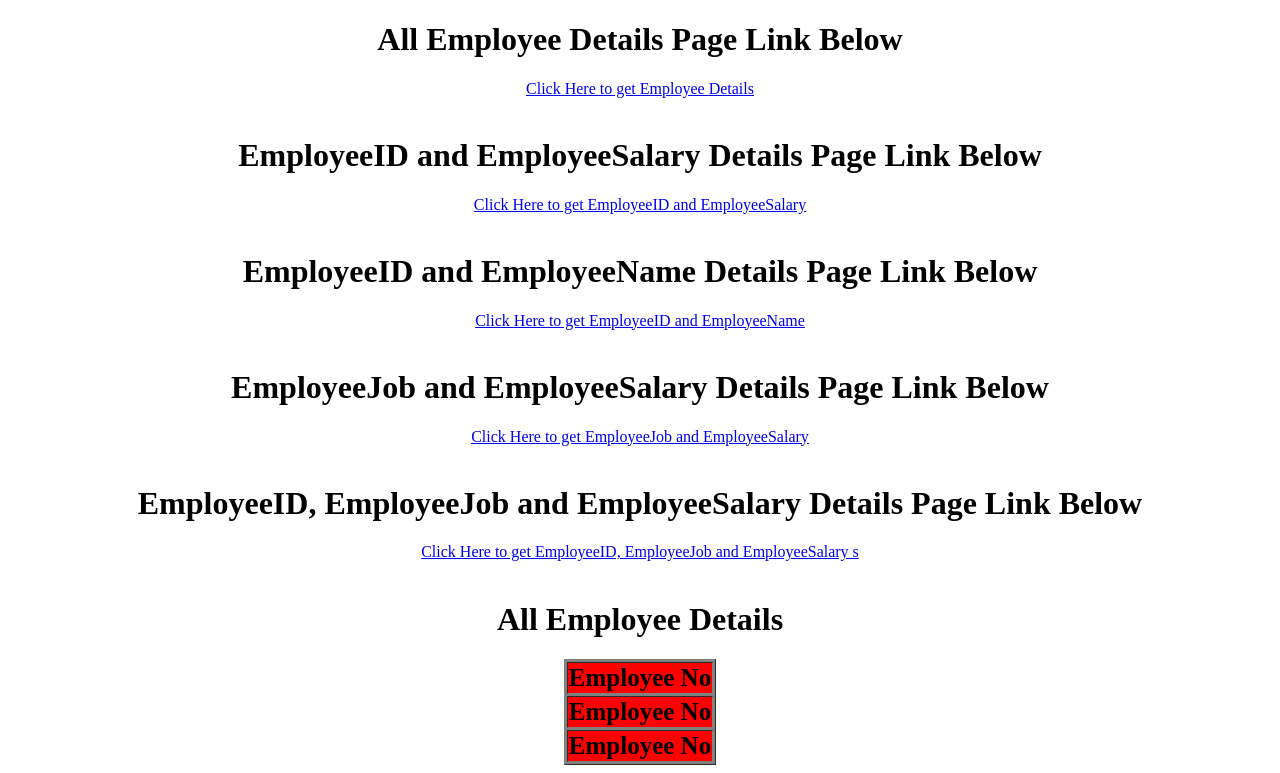
Repository: RhutujaBD/SpringMVCSession
Page: http://localhost/Spring-MVC-JDBCTemplate/WEB-INF/pages/home.jsp
The author's editor kept a copy of each file at every save. The page is drawn from the files as they stood at one save, then again after the next save.
The browser window is 1280 px wide. The pictures show the whole page.
The page is served by Tomcat 9. Nobody is signed in. Other server files are loaded and not shown. The template is opened directly, without the code that normally fills it, so the values that code supplies are empty.

Above is the page before, as saved 2023-03-29 10:54:44.

### Spring-MVC-JDBCTemplate/src/main/webapp/WEB-INF/pages/home.jsp
<%@ page language="java" contentType="text/html; charset=ISO-8859-1"
	pageEncoding="ISO-8859-1"%>
<!DOCTYPE html>
<html>
<head>
<meta charset="ISO-8859-1">
<title>Insert title here</title>
</head>
<title>Employee Details</title>
<style>
      td{
        font-size: 20px;
        color: YELLOW;
        font-family: Times New Roman;
      }

      th{
        font-size: 25px;
        color: Black;
        font-family: ALGERIAN;
      }

    </style>
</head>
<body>
	<h1 align="center">All Employee Details Page Link Below</h1>
	<div align="center"><a href="list_employees.htm">Click Here to get Employee Details</a></div>
	<br />
	<h1 align="center">EmployeeID and EmployeeSalary Details Page Link Below</h1>
	<div align="center"><a href="list_id_sal.htm">Click Here to get EmployeeID and EmployeeSalary</a></div>
	<br />
	<h1 align="center">EmployeeID and  EmployeeName Details Page Link Below</h1>
	<div align="center"><a href="list_id_name.htm">Click Here to get EmployeeID and  EmployeeName</a></div>
	<br />
	<h1 align="center">EmployeeJob and EmployeeSalary Details Page Link Below</h1>
	<div align="center"><a href="list_job_sal.htm">Click Here to get EmployeeJob and EmployeeSalary</a></div>
	<br />
	<h1 align="center">EmployeeID, EmployeeJob and EmployeeSalary Details Page Link Below</h1>
	<div align="center"><a href="list_id_job_sal.htm">Click Here to get EmployeeID, EmployeeJob and EmployeeSalary s</a></div>
	<br />

	<h1 align="center">All Employee Details</h1>
	<table border="1" bgcolor="grey" align="center">

		<tr bgcolor="red" bordercolor="black">

			<th>Employee No</th>

		</tr>

		<tr bgcolor="red" bordercolor="black">

			<th>Employee No</th>

		</tr>

		<tr bgcolor="red" bordercolor="black">

			<th>Employee No</th>

		</tr>

	</table>

</body>
</html>

After the next save:
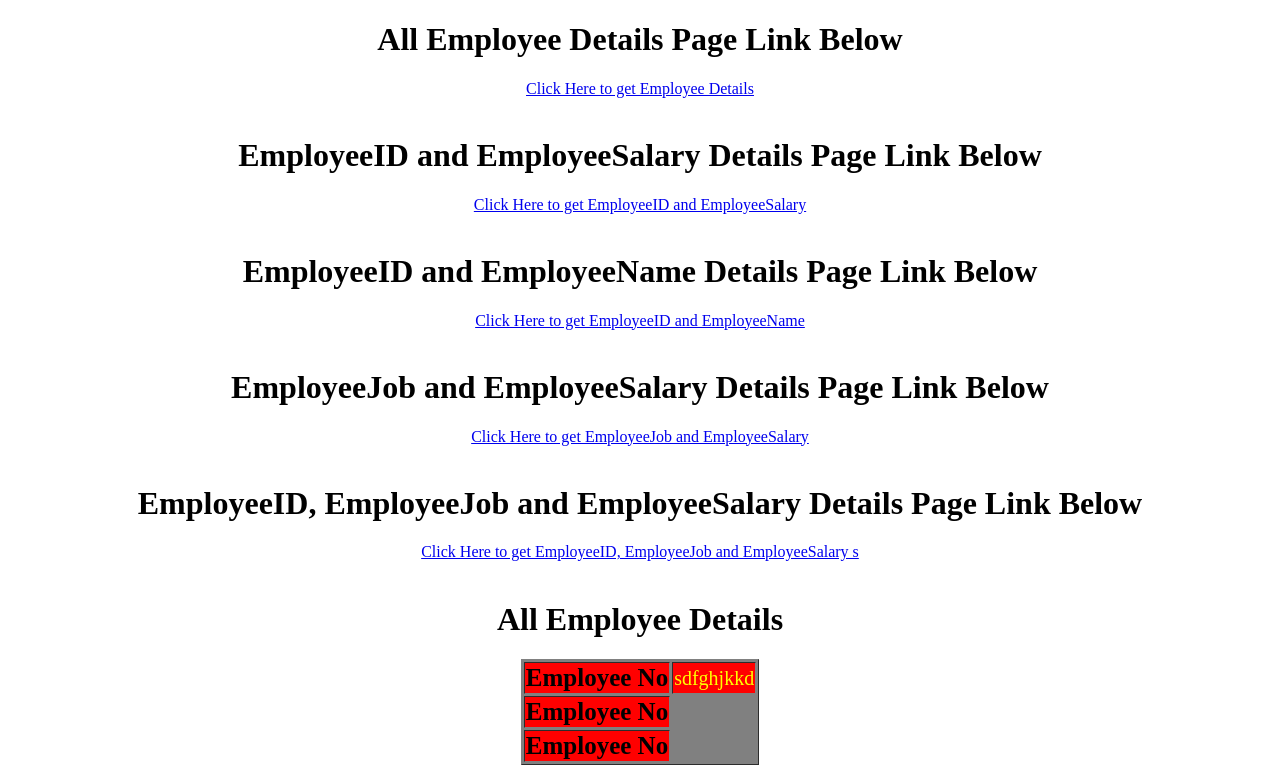
Saved 29 s later.
--- a/Spring-MVC-JDBCTemplate/src/main/webapp/WEB-INF/pages/home.jsp
+++ b/Spring-MVC-JDBCTemplate/src/main/webapp/WEB-INF/pages/home.jsp
@@ -44,7 +44,9 @@
 
 		<tr bgcolor="red" bordercolor="black">
 
-			<th>Employee No</th>
+			<th>Employee No
+			<td>sdfghjkkd</td>
+			</th>
 
 		</tr>
 
